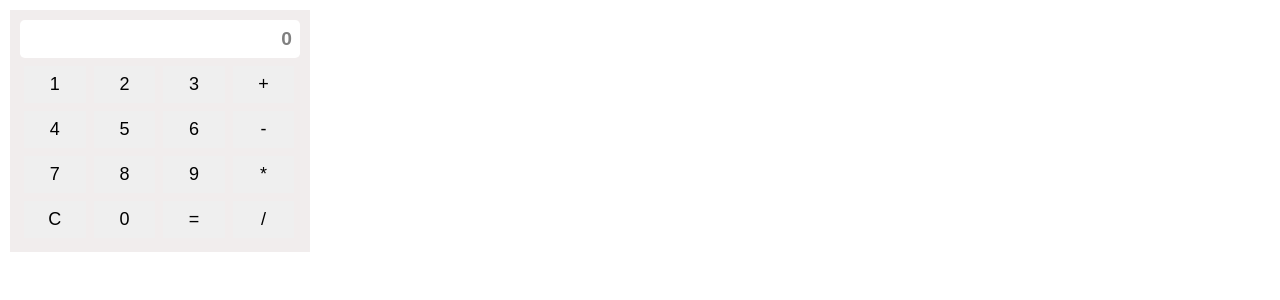
Repository: qudos4real/calculator
Page: /
The author's editor kept a copy of each file at every save. The page is drawn from the files as they stood at one save, then again after the next save.
The browser window is 1280 px wide. The pictures show the whole page.
The project was rebuilt for these pictures with package versions that can differ from the ones it lists, and the page was loaded fresh each time.

Above is the page before, as saved 2022-10-09 13:38:47.

After the next save:
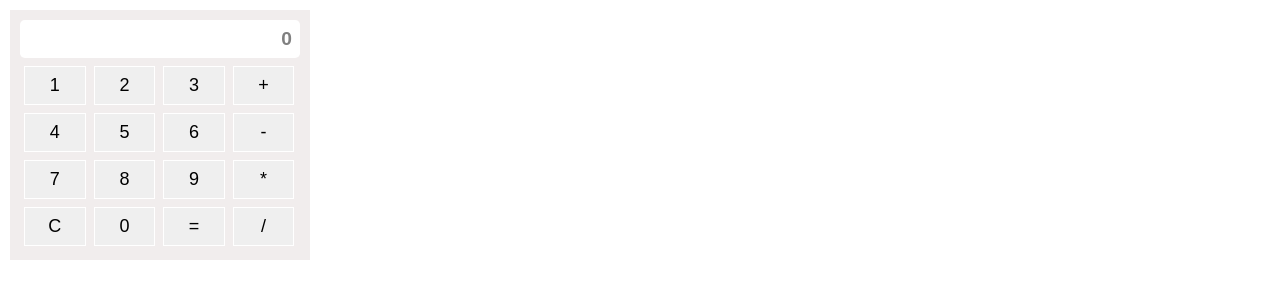
Saved 28 s later.
--- a/src/components/Calculator.css
+++ b/src/components/Calculator.css
@@ -13,6 +13,7 @@
     padding: 0.5rem;
     margin: 0.25rem;
     border: none;
+    border: white solid 1px;
 }
 .screen {
     width: 100%;
